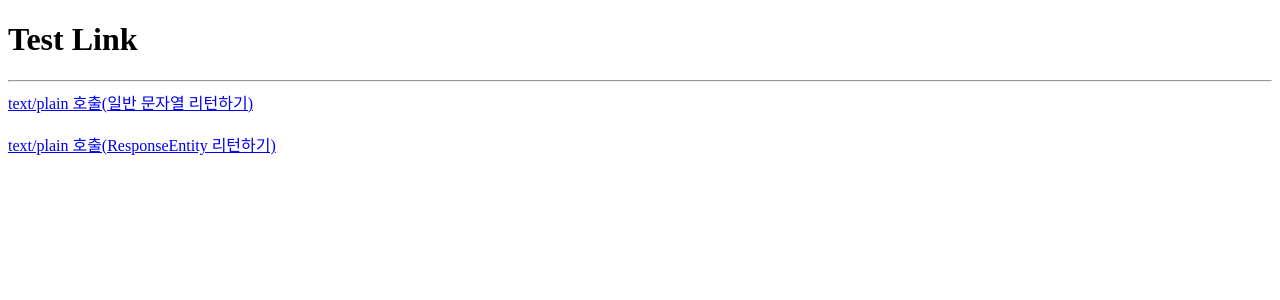
Repository: shashak23/spring_workspace
Page: springweb/src/main/webapp/resources/sample09/responseBodyTest.html
The author's editor kept a copy of each file at every save. The page is drawn from the files as they stood at one save, then again after the next save.
The browser window is 1280 px wide. The pictures show the whole page.

Above is the page before, as saved 2023-03-02 06:02:46.

### springweb/src/main/webapp/resources/sample09/responseBodyTest.html
<!DOCTYPE html>
<html>
<head>
<meta charset="UTF-8">
<title>Insert title here</title>
</head>
<body>
	<h1>Test Link</h1>
	<hr>
	<a href="/springweb/body/text/3">text/plain 호출(일반 문자열 리턴하기)</a>
	<br><br>
	<a href="/springweb/body/textObject/2">text/plain 호출(ResponseEntity 리턴하기)</a>
	<!-- url 쓰는 방법은 사실 좋지 않아요 , rest규칙에는 url에 대문자를 쓰면 안된다는 규칙이 있는데 REST를 안해도 된다면 상관이 없음 -->
	<br><br>
</body>
</html>

After the next save:
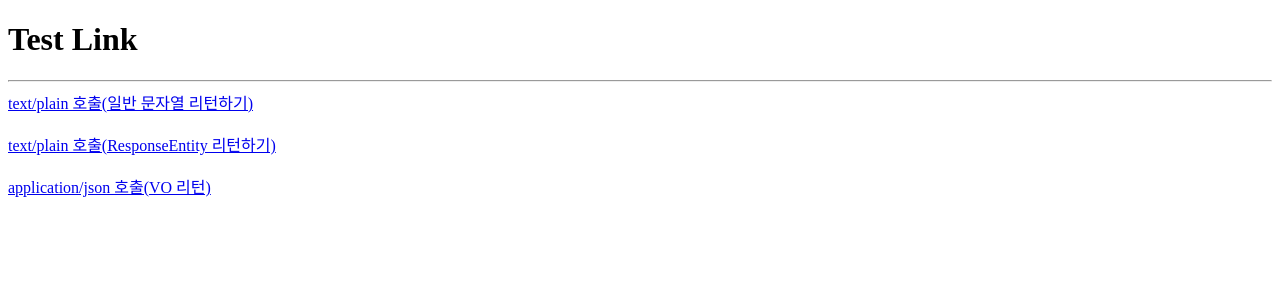
Saved 14 min 53 s later.
--- a/springweb/src/main/webapp/resources/sample09/responseBodyTest.html
+++ b/springweb/src/main/webapp/resources/sample09/responseBodyTest.html
@@ -12,5 +12,7 @@
 	<a href="/springweb/body/textObject/2">text/plain 호출(ResponseEntity 리턴하기)</a>
 	<!-- url 쓰는 방법은 사실 좋지 않아요 , rest규칙에는 url에 대문자를 쓰면 안된다는 규칙이 있는데 REST를 안해도 된다면 상관이 없음 -->
 	<br><br>
+	<a href="/springweb/body/json/hong">application/json 호출(VO 리턴)</a>
+
 </body>
 </html>
